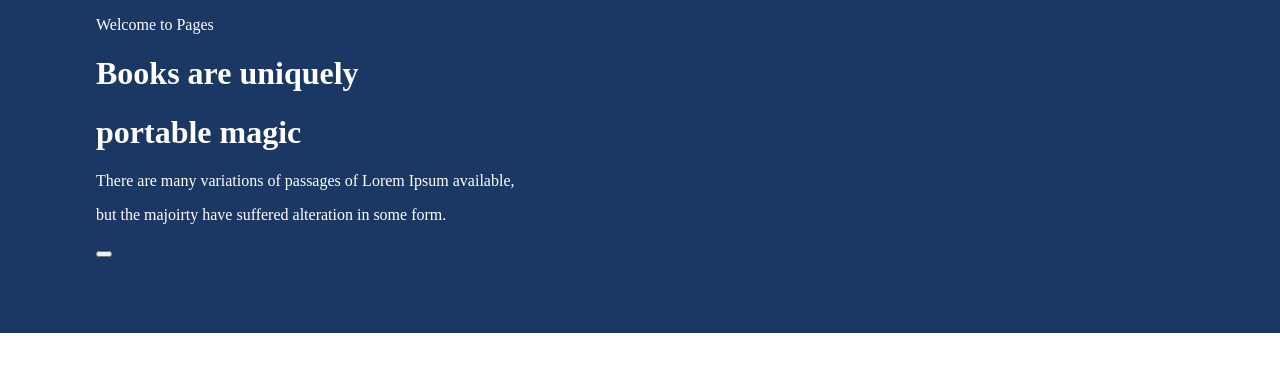
Repository: Godnorg/Class2
Page: index.html
These files come from the project's save history. The page is drawn as it stood at one moment and after the next save; the edit follows.
The browser window is 1280 px wide. The pictures show the whole page.

Above is the page before, as saved 2023-02-13 21:40:03.

### index.html
<!DOCTYPE html>
<html lang="en">
<head>
    <meta charset="UTF-8">
    <meta http-equiv="X-UA-Compatible" content="IE=edge">
    <meta name="viewport" content="width=device-width, initial-scale=1.0">
    <title>Class 2</title>
    <link rel="stylesheet" href="index.css">
</head>
<body>
<div class="page1">
    <div class="allpages">
        <div class="navigation bar">

        </div>
        <div class="middle">
            <div>
                <p>Welcome to Pages</p>
                <h1>Books are uniquely</h1>
                <h1>portable magic</h1>
                <p>There are many variations of passages of Lorem Ipsum available,</p>
                <p>but the majoirty have suffered alteration in some form.</p>
                <button class="button"></button>
            </div>
            <div>

            </div>
        </div>
    </div>
</div>


</body>
</html>

### index.css
body {
    margin: 0;
    padding: 0;
}

.page1 {
    background: #1B3764;
    padding-bottom: 75px;
    color: white;
}

.allpages {
    width: 85%;
    margin: auto;
}

.middle {
    display: grid;
    grid-template-columns: 1fr 1fr;
    column-gap: 35px;

}

.style {
    width: 10px;
}

After the next save:
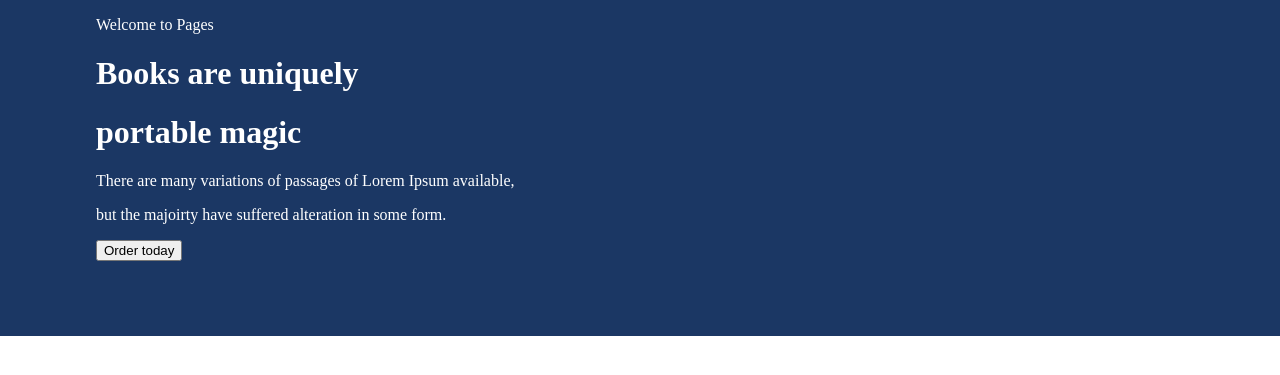
Saved 12 s later.
--- a/index.html
+++ b/index.html
@@ -20,7 +20,7 @@
                 <h1>portable magic</h1>
                 <p>There are many variations of passages of Lorem Ipsum available,</p>
                 <p>but the majoirty have suffered alteration in some form.</p>
-                <button class="button"></button>
+                <button class="button">Order today</button>
             </div>
             <div>
 
